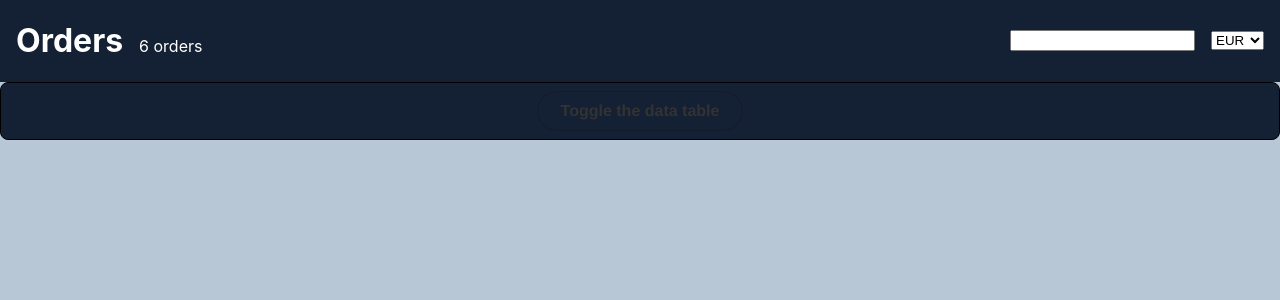
Repository: PreetiToppo/Assignment_Question_1
Page: /
These files come from the project's save history. The page is drawn as it stood at one moment and after the next save; the edit follows.
The browser window is 1280 px wide. The pictures show the whole page.
The project was rebuilt for these pictures with package versions that can differ from the ones it lists, and the page was loaded fresh each time. Also part of the build but not shown: src/component/list/ListRow.module.css, src/component/list/ListRow.jsx, src/component/list/ListRowCell.module.css, src/component/list/ListRowCell.jsx, src/component/list/ListHeader.jsx, src/component/list/ListHeaderCell.module.css, src/component/list/ListHeaderCell.jsx, src/component/list/List.module.css and 3 more.

Above is the page before, as saved 2023-08-06 13:26:54.

After the next save:
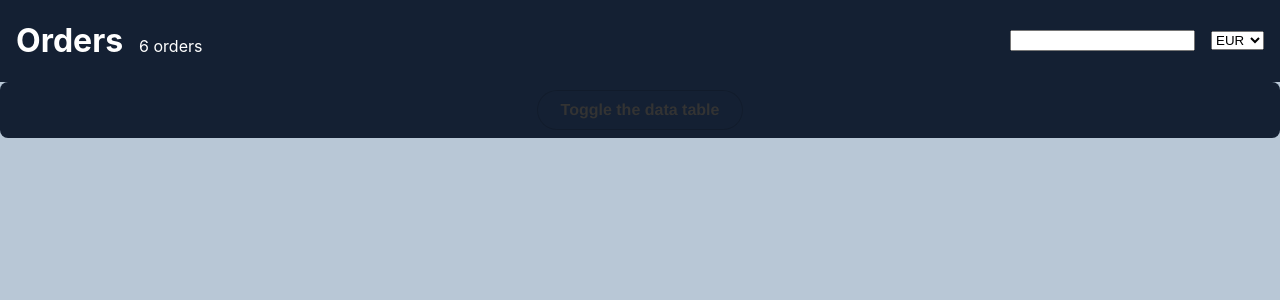
Saved 12 s later.
--- a/src/pages/Dashboard.module.css
+++ b/src/pages/Dashboard.module.css
@@ -28,7 +28,6 @@
 }
 
 .toggleButton {
-  border: 1px solid black;
   display: flex;
   justify-content: center;
   align-items: center;
